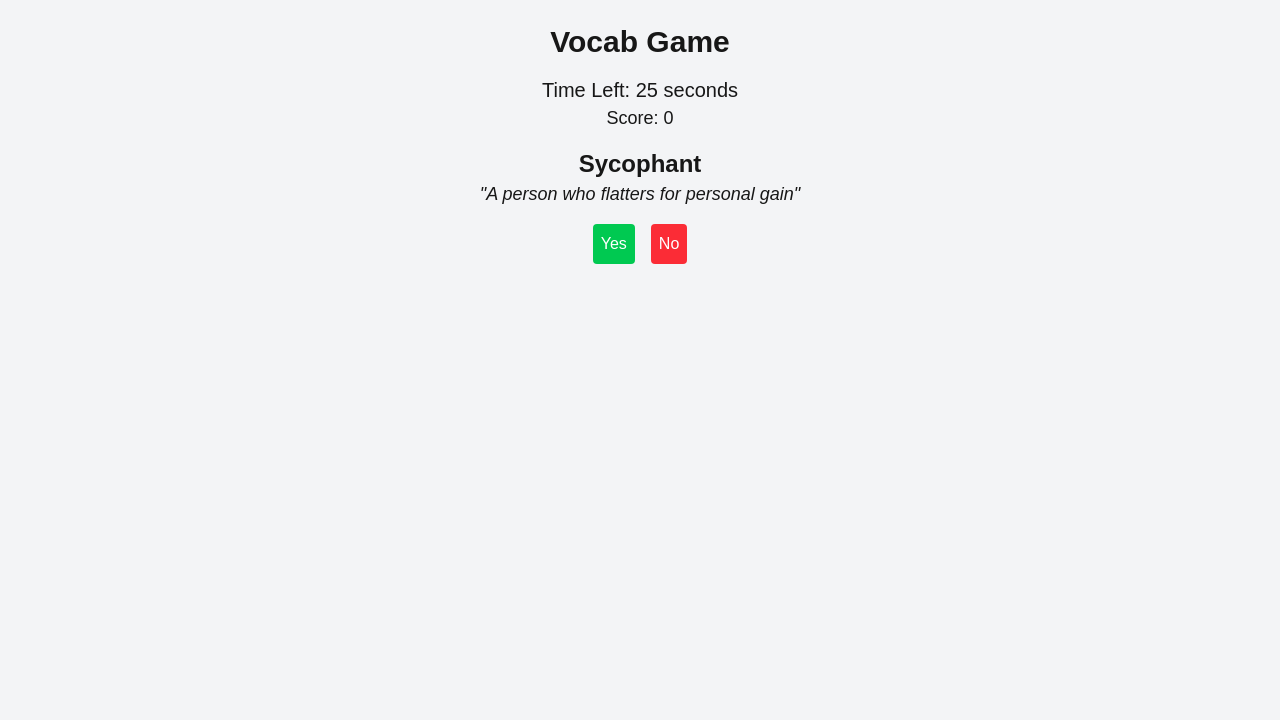
Repository: oxniw/bio-vocab
Page: /game
The author's editor kept a copy of each file at every save. The page is drawn from the files as they stood at one save, then again after the next save.
The browser window is 1280 px wide. The pictures show the whole page.
The project was rebuilt for these pictures with package versions that can differ from the ones it lists, and the page was loaded fresh each time. The framework's server and built-in components were replaced by stand-ins that run in the browser. Also part of the build but not shown: next.config.ts.

Above is the page before, as saved 2025-04-02 13:38:37.

After the next save:
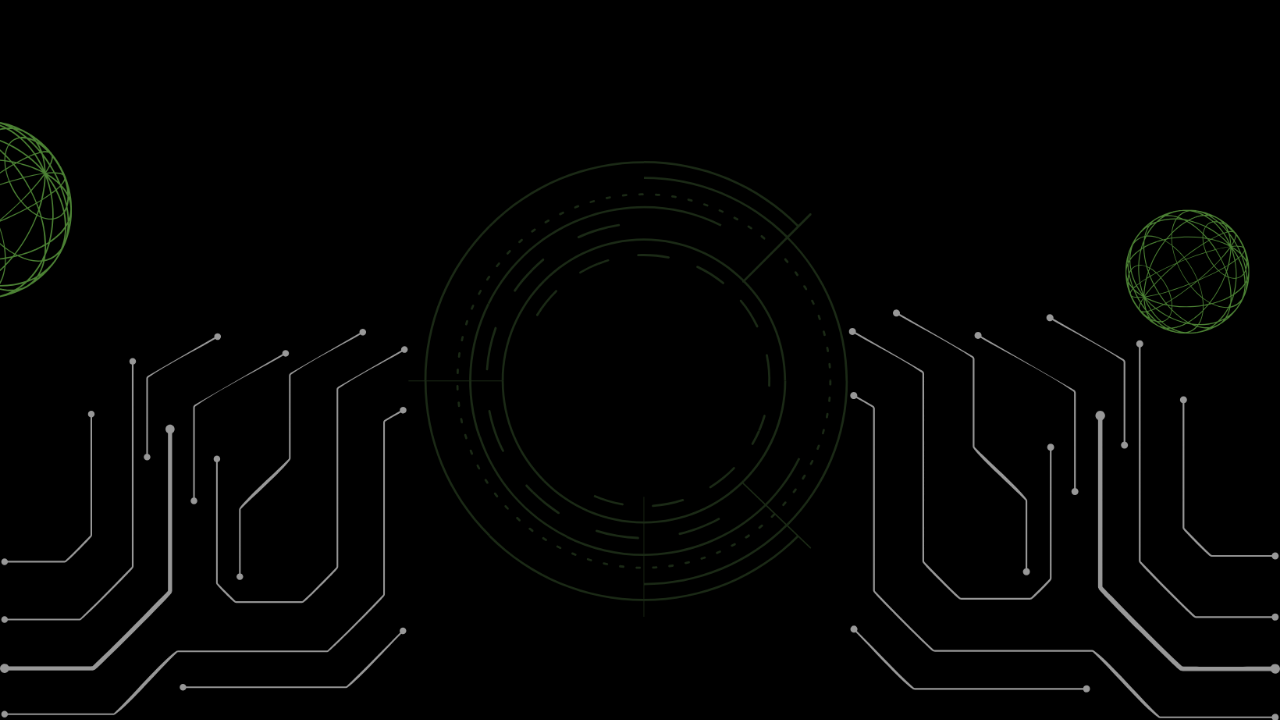
Saved 4 min 20 s later.
--- a/src/app/game/page.jsx
+++ b/src/app/game/page.jsx
@@ -54,6 +54,7 @@
 
   return (
     <div className="flex flex-col items-center p-6 bg-gray-100 min-h-screen">
+        <div className="absolute inset-0 bg-cover bg-center fade-n" style={{ backgroundImage: "url('bg.png')" }}></div>
       <h1 className="text-3xl font-bold mb-4">Vocab Game</h1>
       <p className="text-xl">Time Left: {timeLeft} seconds</p>
       <p className="text-lg">Score: {score}</p>

After the 5 saves that followed:
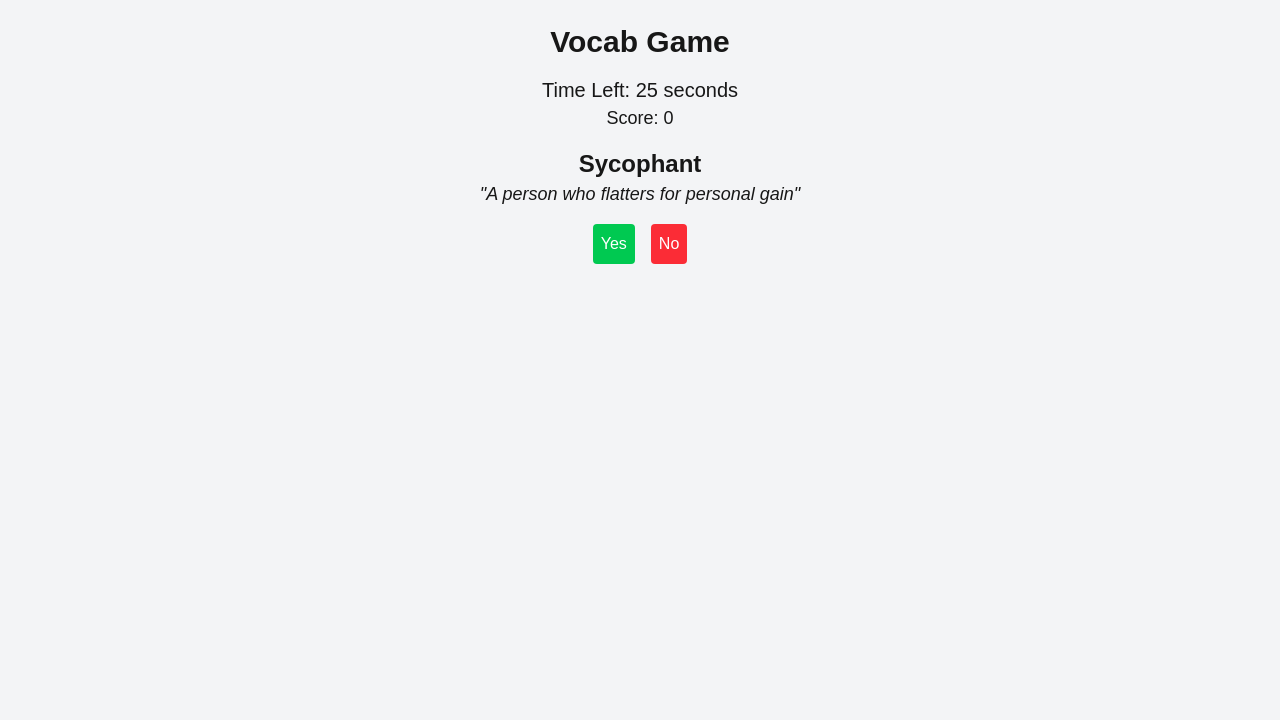
The 5 saves are shown as one change because 4 left the picture as it was.
The last was saved 10 min 33 s later.
--- a/src/app/game/page.jsx
+++ b/src/app/game/page.jsx
@@ -54,7 +54,7 @@
 
   return (
     <div className="flex flex-col items-center p-6 bg-gray-100 min-h-screen">
-        <div className="absolute inset-0 bg-cover bg-center fade-n" style={{ backgroundImage: "url('bg.png')" }}></div>
+        <div className="absolute inset-0 bg-cover bg-center -z-10" style={{ backgroundImage: "url('bg.png')" }}></div>
       <h1 className="text-3xl font-bold mb-4">Vocab Game</h1>
       <p className="text-xl">Time Left: {timeLeft} seconds</p>
       <p className="text-lg">Score: {score}</p>
